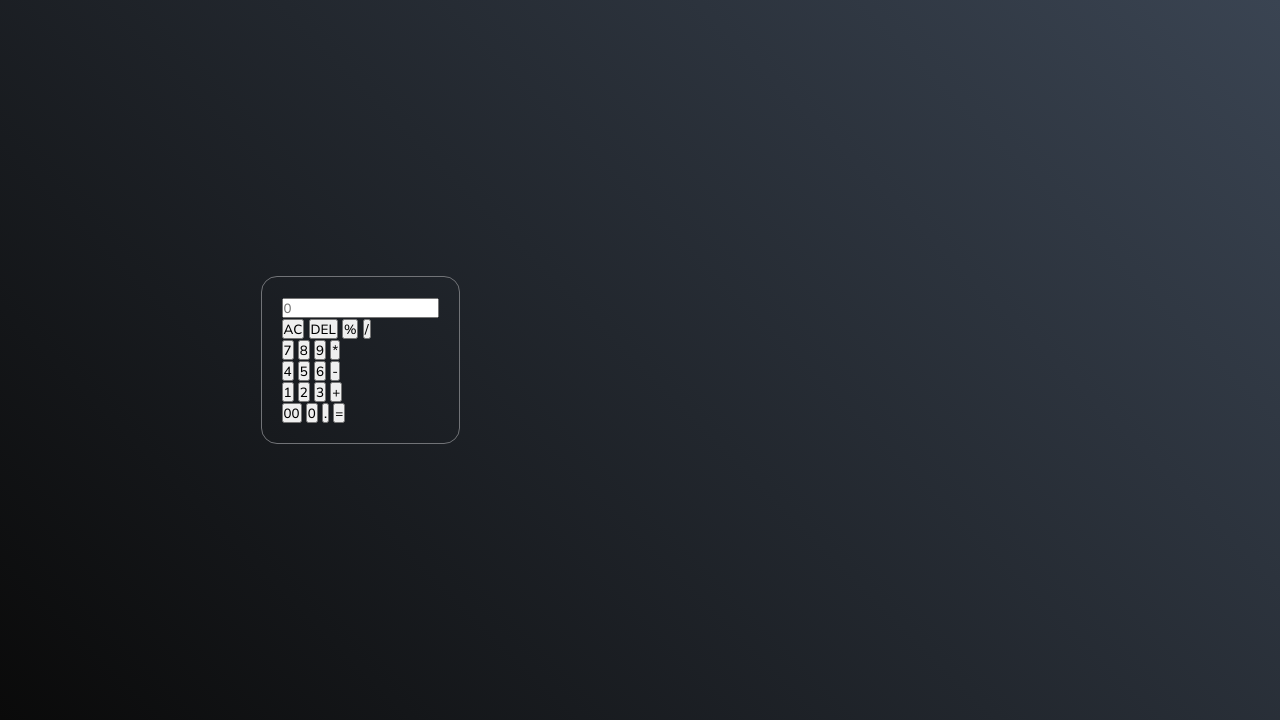
Repository: vaibhav1281/Calculator
Page: index.html
An editor plug-in stored every save of this project. The page is shown before and after a run of saves, followed by the edit.
The browser window is 1280 px wide. The pictures show the whole page.

Above is the page before, as saved 2023-05-06 19:58:36.

After the next 3 saves:
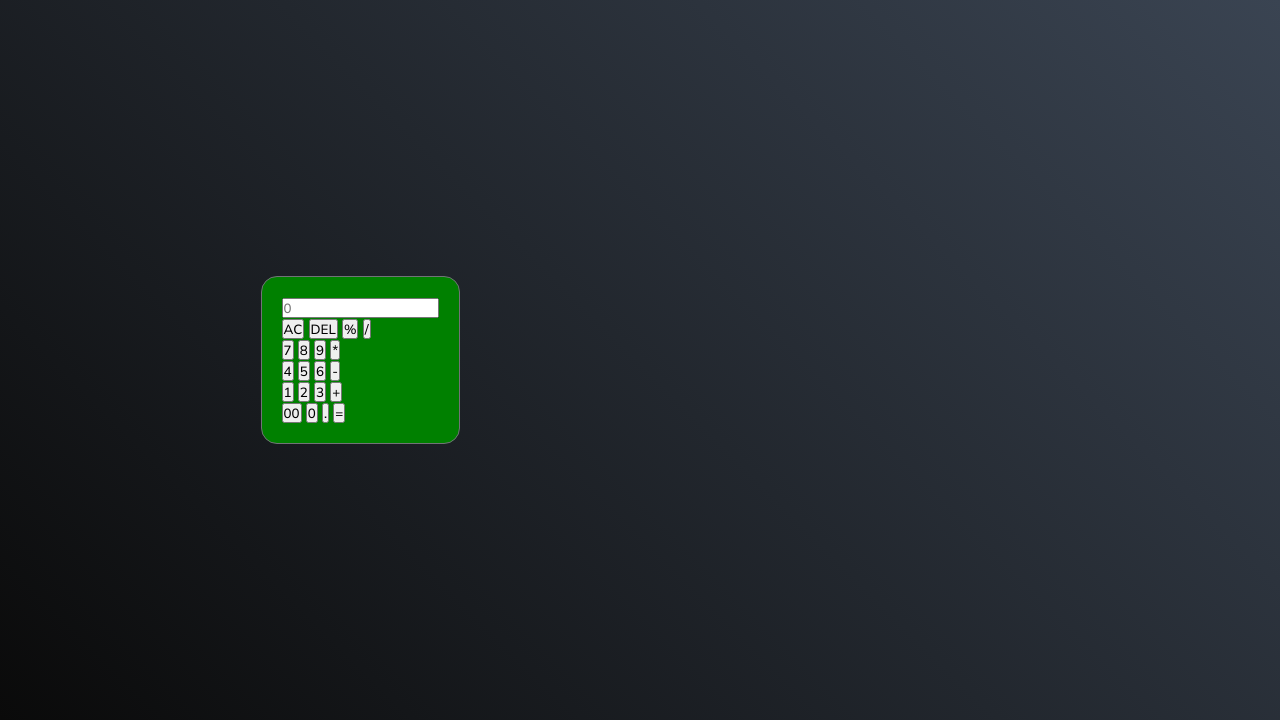
The 3 saves are shown as one change because they came seconds apart.
The last was saved 10 s later.
--- a/styles.css
+++ b/styles.css
@@ -19,6 +19,6 @@
     border: 1px solid #717377;
     padding: 20px;
     border-radius: 16px;
-    /* background: transparent; */
+    background: green;
     /* box-shadow: 0px 3px 15x rgba(113, 115, 119, 0.5 ); */
 }

After the 3 saves that followed:
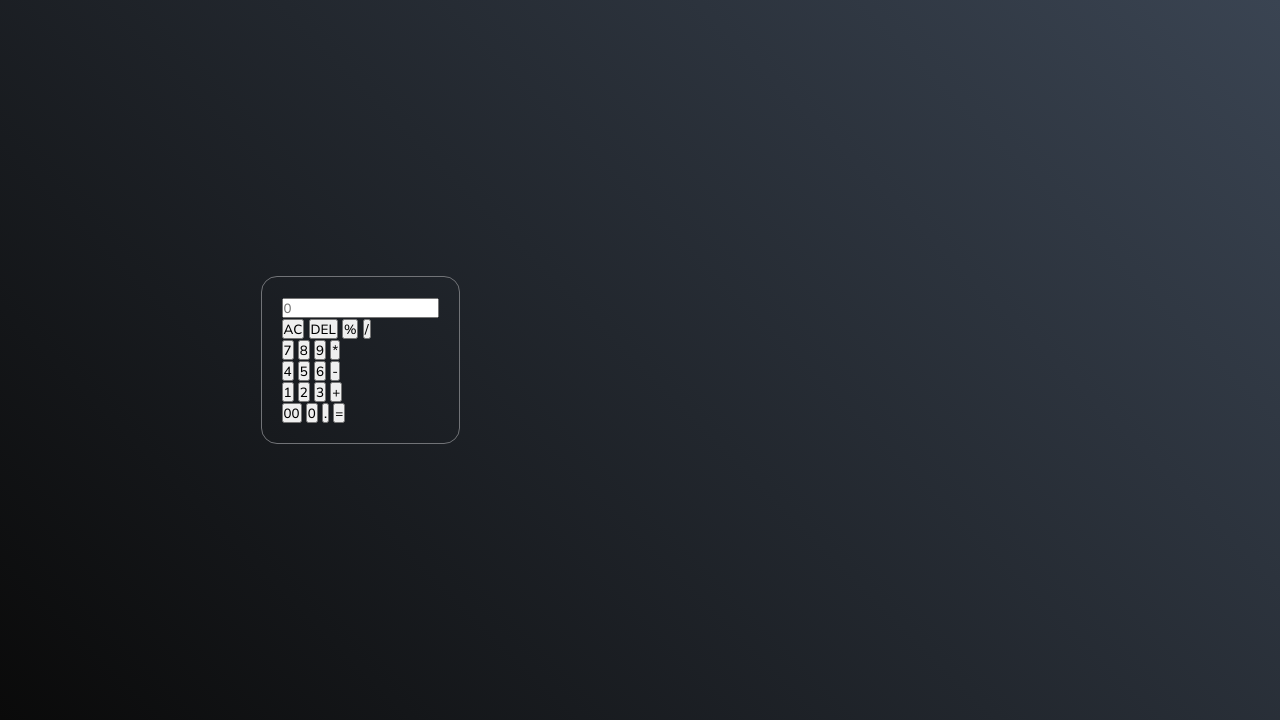
The 3 saves are shown as one change because 2 left the picture as it was.
The last was saved 20 s later.
--- a/styles.css
+++ b/styles.css
@@ -19,6 +19,6 @@
     border: 1px solid #717377;
     padding: 20px;
     border-radius: 16px;
-    background: green;
+    background: transparent;
     /* box-shadow: 0px 3px 15x rgba(113, 115, 119, 0.5 ); */
 }
